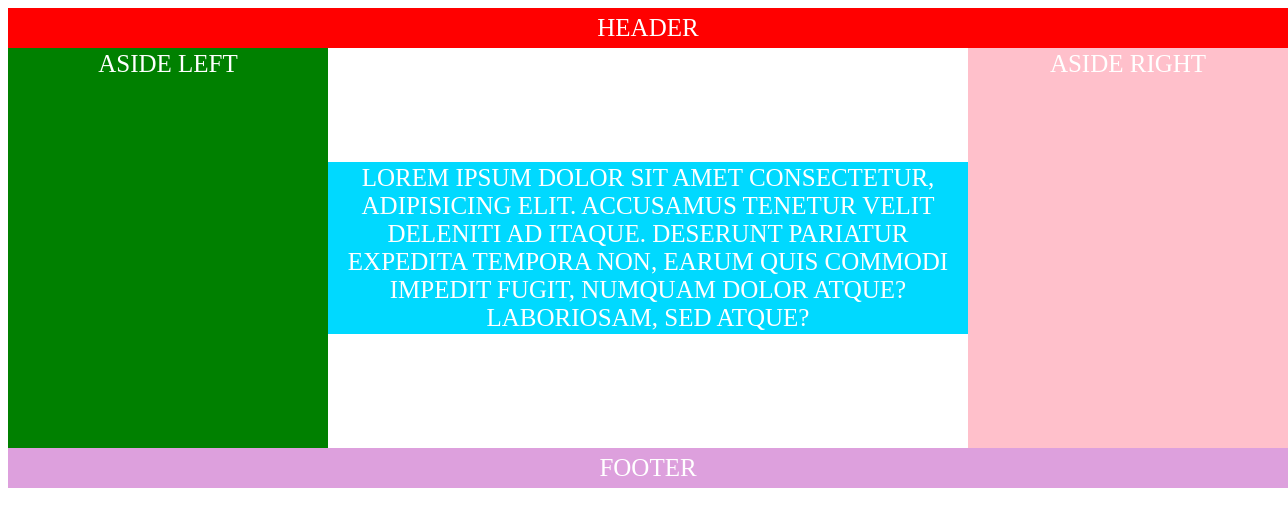
Repository: magdaf41/CSS
Page: zadanie_7/index.html
An editor plug-in stored every save of this project. The page is shown before and after the next save, followed by the edit.
The browser window is 1280 px wide. The page is 1288 px wide, so the pictures cover 1288 px, including what lies to the right of the window. The pictures show the whole page.

Above is the page before, as saved 2020-08-24 21:17:22.

After the next save:
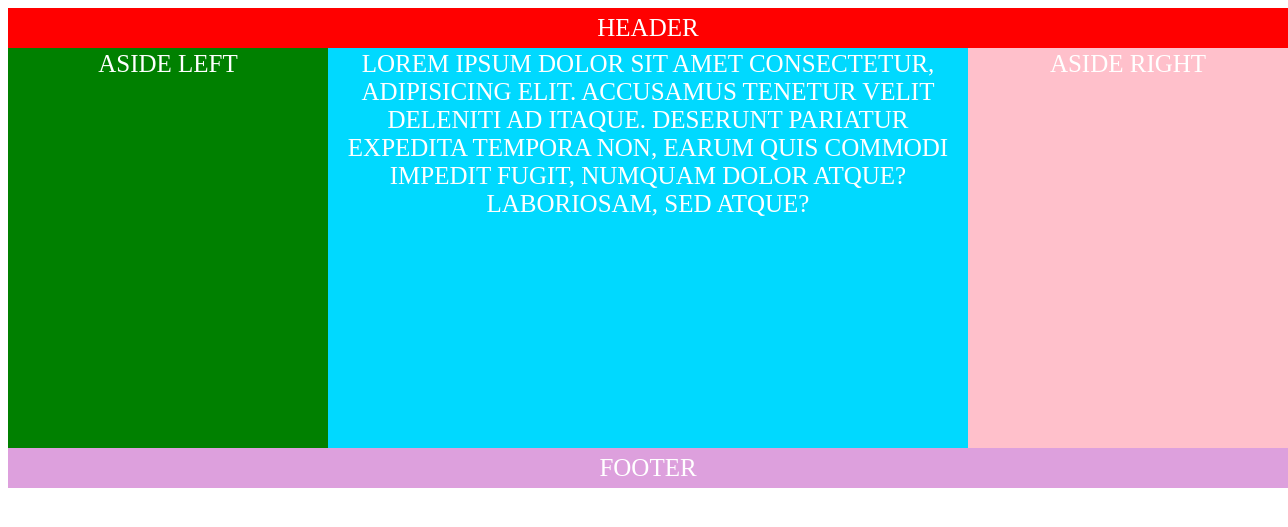
Saved 19 s later.
--- a/zadanie_7/css/style.css
+++ b/zadanie_7/css/style.css
@@ -25,7 +25,7 @@ h1{
 p{
     background-color: rgb(0, 217, 255);
     width: 50%;
-    margin: auto;
+    margin: 0;
     padding: 2px;
 }
 aside{
